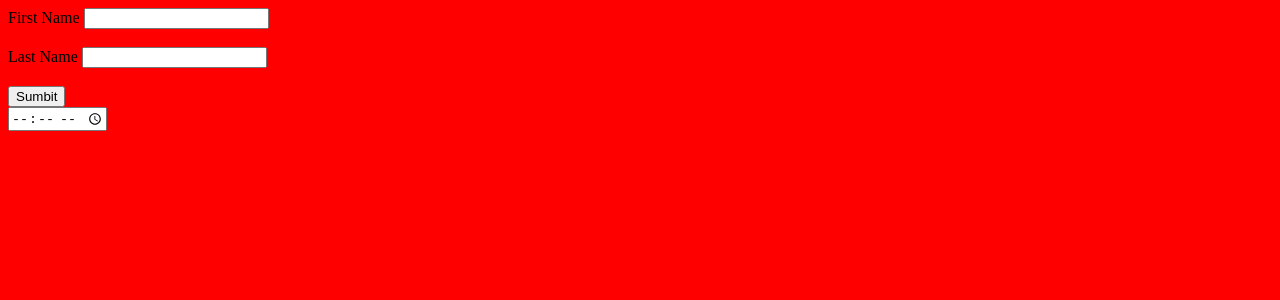
Repository: Fariaddd/codefactor-stylesheet
Page: index.html
These files come from the project's save history. The page is drawn as it stood at one moment and after the next save; the edit follows.
The browser window is 1280 px wide. The pictures show the whole page.

Above is the page before, as saved 2021-11-17 19:04:51.

After the next save:
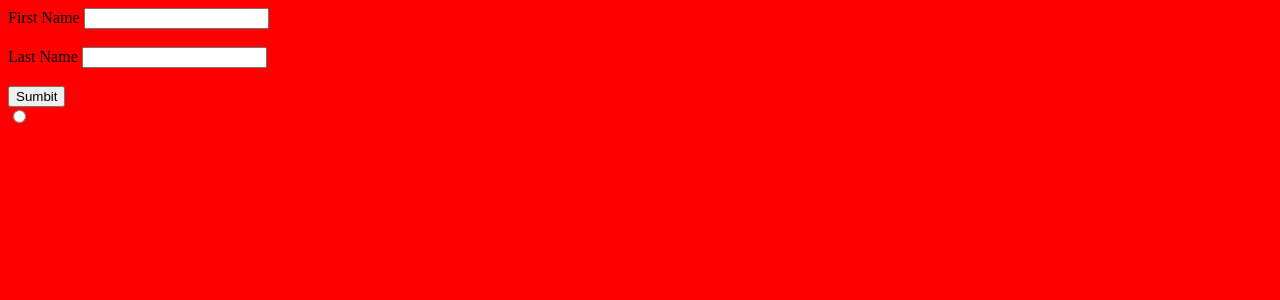
Saved 10 s later.
--- a/index.html
+++ b/index.html
@@ -17,7 +17,7 @@
     </form>
 
     <div>
-      <input type="time" />
+      <input type="radio" />
     </div>
   </body>
 </html>
